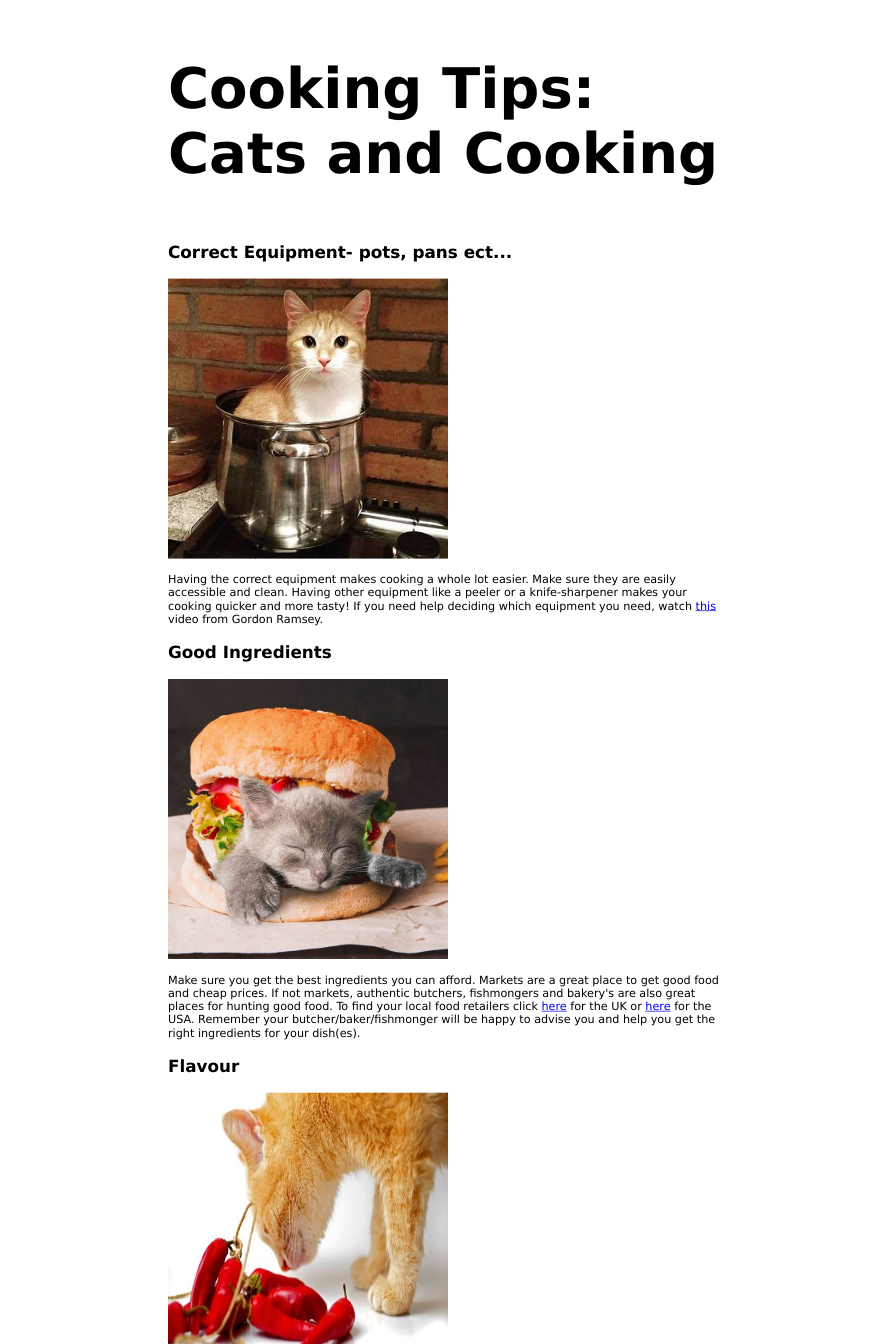
Repository: evamaltby/catsandcooking
Page: http://localhost/
The author's editor kept a record of every edit. The page is drawn from the files as they stood at one moment, then again after the next edit.
The browser window is 1280 px wide. The pictures show the part of the page from y = 0 to 1920 px (the page is 2664 px tall before and 2734 px after), at 70% of full size.
The page is run by PHP 8.4 with error messages shown; the project is at /var/www/html/. Other server files are loaded and not shown.

Above is the page before.
Not found: css/normalize.css

### index.html
<!DOCTYPE html>
<html lang="en">
<head>
    <meta charset="utf-B">
    <meta name="keywords" content="cooking tips, begginers cooking, kitchen tips, cats and cooking, cooking tips and tricks, cats">
    <meta name="description" content="Cooking tips to become a better cook. Tips to make your life in the kitchen a whole lot easier">

    <title>Cooking Tips: Cats and Cooking</title>


    <link rel="stylesheet" href="css/normalize.css">
    <link rel="stylesheet" href="css/style.css">

            <!--style

            body {
            background:lightgray;
            color: black;
            }


        <#/style> -->
    </head>

    <body>

    <div style="width:800px; margin:0 auto;">






            <h1><p style="font-family:verdana">Cooking Tips: Cats and Cooking </h1>
            <h2>        </h2>
            <h2><p style="font-family:verdana">Correct Equipment- pots, pans ect...</h2>
            <img src="Images/catpan.jpg" width="400" height="400" alt="A cat in a pan">
            <p><p style="font-family:verdana"> Having the correct equipment makes cooking a whole lot
            easier. Make sure they are easily accessible and clean.
            Having other equipment like a peeler or a knife-sharpener
            makes your cooking quicker and more tasty! If you need help deciding which
            equipment you need, watch <a href="https://www.youtube.com/watch?v=-av6cz9upO0" target="_blank">this</a> video from Gordon Ramsey.</p>

            <h2><p style="font-family:verdana">Good Ingredients</h2>
            <img src="Images/burgercat.jpg" width="400" height="400" alt="A cat with food">
            <p> <p style="font-family:verdana">Make sure you get the best ingredients you can afford.
            Markets are a great place to get good food and cheap prices.
            If not markets, authentic butchers, fishmongers and bakery's
            are also great places for hunting good food. To find your local food retailers click <a href="https://www.goodsixty.co.uk/" target="_blank">here</a> for the UK or <a href="https://www.eatwellguide.org/" target="_blank">here</a> for the USA. Remember your


            butcher/baker/fishmonger will be happy to advise you and help
            you get the right ingredients for your dish(es). </p>

            <h2><p style="font-family:verdana">Flavour</h2>
            <img src="Images/spicycat.jpg" width="400" height="400" alt="A cat sniffing chilli">
            <p><p style="font-family:verdana"> No matter what you are cooking you always
            want it to taste good. Seasining with a bit of salt
            and pepper is a great way to add in a bit of flavour.
            Chilli, flakes or paste, is also a good way to pack a
            punch in your dish just make sure that the chilli
            flavour goes witht the rest of the ingredients.
            If in doubt dont be scared to check on the internet
            and raid the cupboards for spices and condiments that
            might just make your dish. </p>

            <h2><p style="font-family:verdana">Keep a Cool Head</h2>
            <img src="Images/relaxcat.jpg" width="400" height="400" alt="Cat feeling relaxed">
            <p><p style="font-family:verdana"> Although Gordon Ramsey
            </a> is one of the worlds greatest
            chef's, he doesn't always have the best attitude. Keep a cool
            head in the kitchen to prevent mistakes. But remember
            that things don't always go right but they normally aren't
            ruined either. You can search the internet (we recommend: <a href="http://www.foodnetwork.co.uk/?utm_source=foodnetwork.com&utm_medium=domestic" target="_blank">Food Network</a>, <a href="https://www.bbcgoodfood.com/recipes" target="_blank">BBC GoodFood</a> and <a href="https://www.delish.com/" target="_blank">Delish</a>), call a friend or
            use your instinct to fix your dish.</p>

            </div>

        </body>
</html>

### css/style.css
body {
    background-position: center;
    background-attachment: fixed;
    -webkit-background-size:cover;
    -moz-background-size: cover;
    -o-background-size:cover;
    background-size:cover;
}

#container {
    background: lightgrey; }

    h1 {
        font-size:80px;
        font-family:verdana
    }

After the next edit:
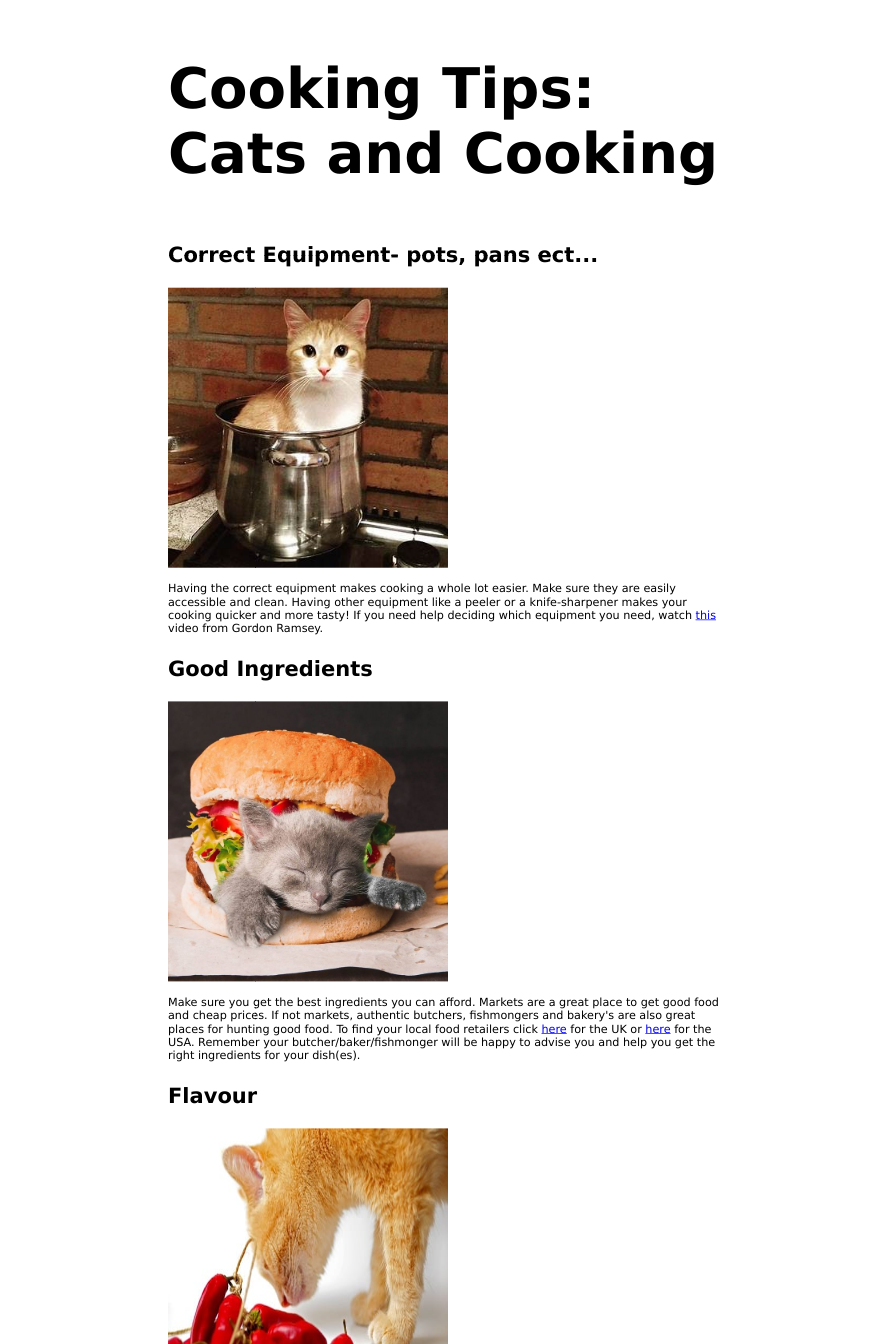
The edit:
--- a/css/style.css
+++ b/css/style.css
@@ -14,3 +14,8 @@
         font-size:80px;
         font-family:verdana
     }
+
+    h2 {
+        font-size:30px;
+        font-family:verdana
+    }
